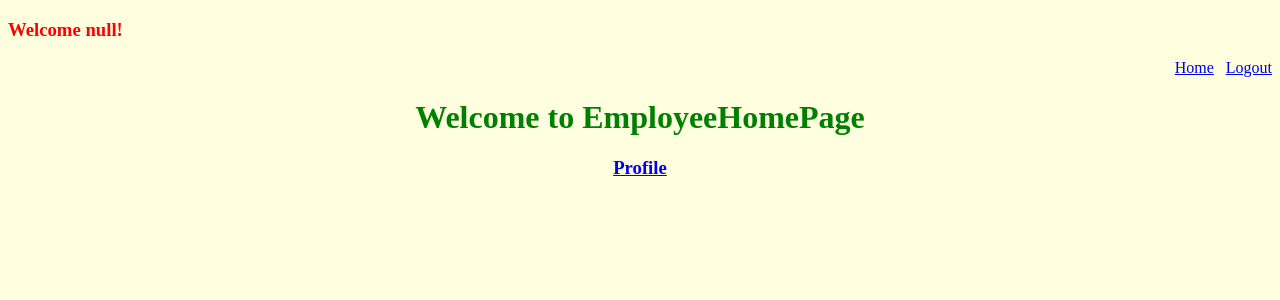
Repository: rajeshyadav3/Advjava
Page: http://localhost/EmpWebApp/EmpHomePage.jsp
An editor plug-in stored every save of this project. The page is shown before and after the next save, followed by the edit.
The browser window is 1280 px wide. The pictures show the whole page.
The page is served by Tomcat 9.

Above is the page before, as saved 2024-01-09 09:31:59.

After the next save:
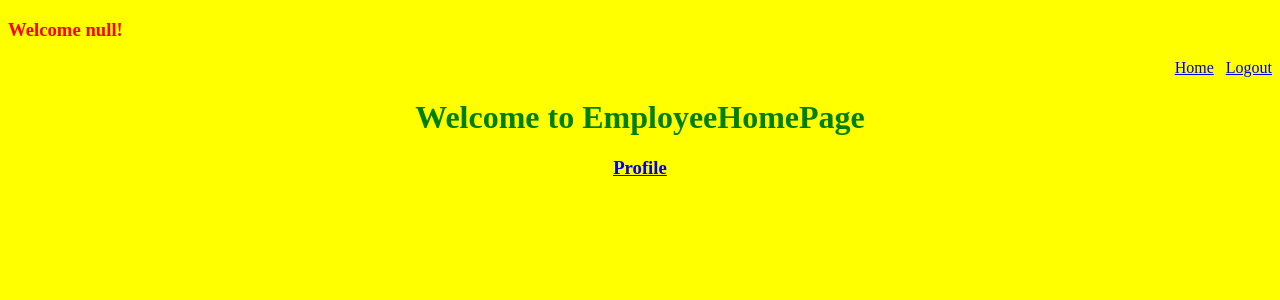
Saved 31 s later.
--- a/workspace2/EmpWebApp/WebContent/EmpHomePage.jsp
+++ b/workspace2/EmpWebApp/WebContent/EmpHomePage.jsp
@@ -8,7 +8,7 @@
 </head>
 
 
-<body bgcolor='lightyellow' text='green'>
+<body bgcolor='yellow' text='green'>
 
 		<% String emailId = (String) session.getAttribute("emailId"); %>
 
@@ -22,7 +22,7 @@
 		<center>
 		<h1>Welcome to EmployeeHomePage</h1>
 
-		<h3><a href='Profile'>Profile</a></h3>
+		<h3><a href='Profile.jsp'>Profile</a></h3>
 
 		</center>
 
